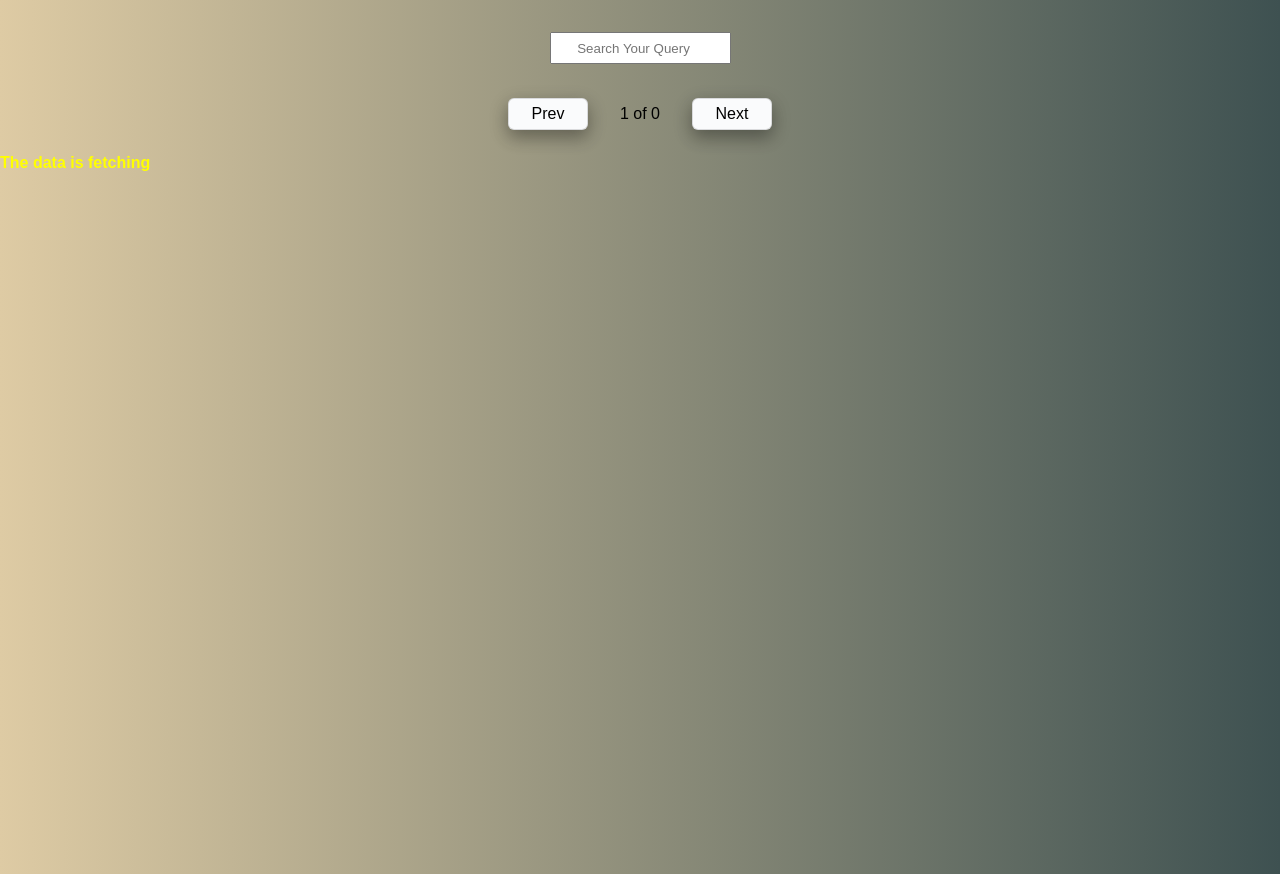
Repository: suraj-yadav7/TechNews
Page: /
An editor plug-in stored every save of this project. The page is shown before and after the next save, followed by the edit.
The browser window is 1280 px wide. The pictures show the whole page.
The page's requests for data from a server got no answer. The project was rebuilt for these pictures with package versions that can differ from the ones it lists, and the page was loaded fresh each time. No one was signed in, and anything a server would have sent is missing.

Above is the page before, as saved 2023-04-28 10:54:41.

After the next save:
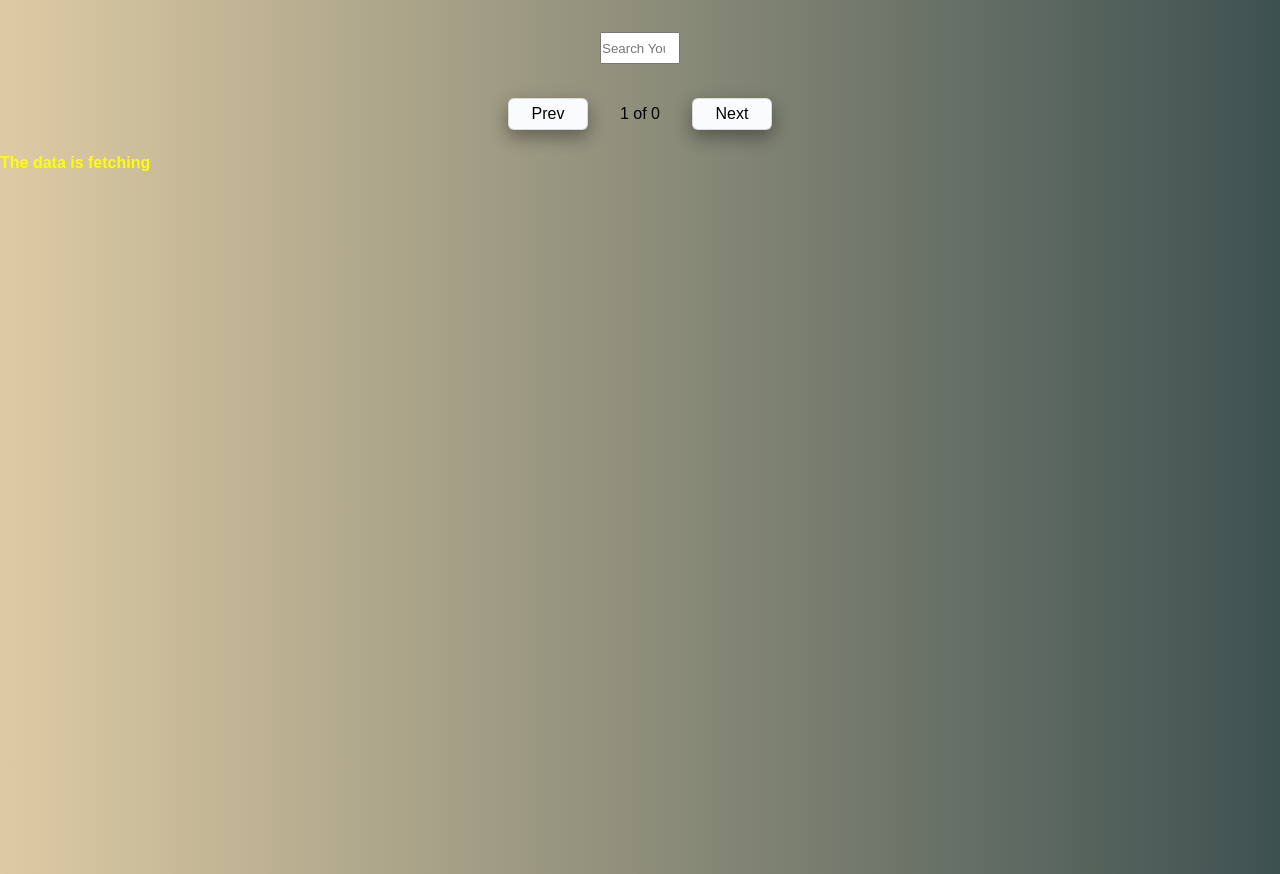
Saved 18 s later.
--- a/src/App.css
+++ b/src/App.css
@@ -17,7 +17,7 @@
 }
 .searchInput{
   margin-top: 2rem ;
-  width: 100%;
+  width: 5rem;
   height: 2rem;
   text-align: center;
 }
